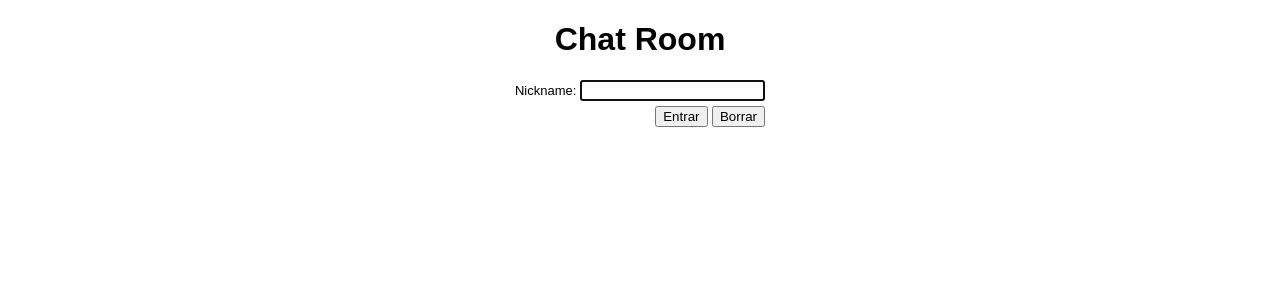
Repository: amtBurgos/SIDI_P3
Page: Practica3ChatWebRecuperacion/src/main/webapp/index.html
These files come from the project's save history. The page is drawn as it stood at one moment and after the next save; the edit follows.
The browser window is 1280 px wide. The pictures show the whole page.

Above is the page before, as saved 2017-06-03 17:48:45.

### Practica3ChatWebRecuperacion/src/main/webapp/index.html
<!DOCTYPE html>
<html>
<head>
<title>Chat Room Inicio</title>
<meta http-equiv="Content-Type" content="text/html; charset=UTF-8">
<meta name="description"
	content="Sistemas Distribuidos - Practica 3 Segunda Convocatoria - 09/06/2017">
<meta name="author" content="Andrés Miguel Terán">
<meta name="author" content="Francisco Saiz Güemes">
<link rel="stylesheet" href="./vista/css/index.css">
<script type="text/javascript" src="./vista/js/inicio.js"></script>
</head>
<body>
	<h1>Chat Room</h1>
	<!-- Creamos un formulario que valida el nickname antes de mandarlo al servidor -->
	<div id="divLogin">
		<form action="./CheckUsuario" method="post" name="formularioInicio"
			onsubmit="return validarNickname()">
			<label>Nickname: </label> <input type="text" name="nickname"
				required="required" autofocus="autofocus"> <br>
			<div id="divBotonesLogin">
				<input type="submit" name="entrar" value="Entrar"> <input
					type="button" name="borrar" value="Borrar"
					onclick="limpiarNickname()">
			</div>
		</form>
	</div>
</body>
</html>

### Practica3ChatWebRecuperacion/src/main/webapp/vista/css/index.css
/*
Fichero CSS para la sala del chat.
*/
* {
	font-family: sans-serif;
}

html {
	display: table;
	margin: auto;
}

h1 {
	text-align: center;
}

label {
	font-size: small;
}

#divBotonesLogin{
	margin-top: 5px;
    text-align: right;
}

### Practica3ChatWebRecuperacion/src/main/webapp/vista/js/inicio.js
/**
 * Comprueba si el nombre es válido o no.
 *
 * @returns true/false si el nombre es válido o no.
 */
function validarNickname() {
	var retorno = false;
	if (document.forms["formularioInicio"]["nickname"].value.trim().length == 0) {
		alert("Rellena el nickname por favor");
		limpiarNickname();
	} else {
		retorno = true;
	}
	return retorno;
}

/**
 * Limpia el input del nickname y lo enfoca.
 */
function limpiarNickname() {
	document.forms["formularioInicio"]["nickname"].value = "";
	document.forms["formularioInicio"]["nickname"].focus();
}

After the next save:
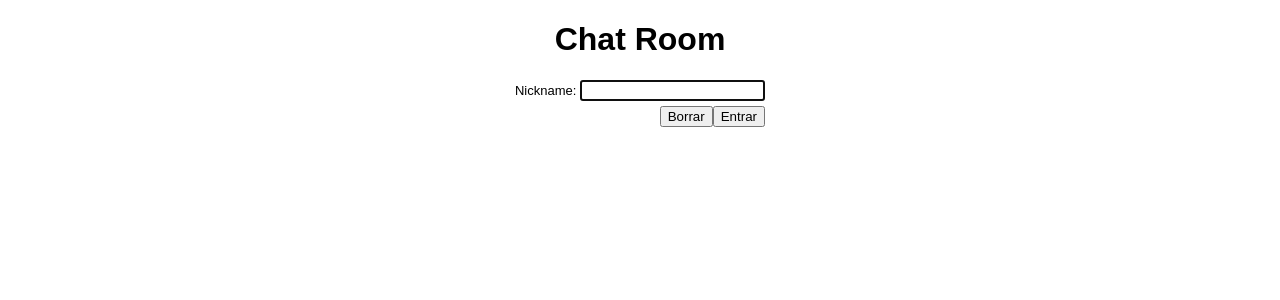
Saved 10 s later.
--- a/Practica3ChatWebRecuperacion/src/main/webapp/index.html
+++ b/Practica3ChatWebRecuperacion/src/main/webapp/index.html
@@ -19,9 +19,9 @@
 			<label>Nickname: </label> <input type="text" name="nickname"
 				required="required" autofocus="autofocus"> <br>
 			<div id="divBotonesLogin">
-				<input type="submit" name="entrar" value="Entrar"> <input
-					type="button" name="borrar" value="Borrar"
-					onclick="limpiarNickname()">
+				<input type="button" name="borrar" value="Borrar"
+					onclick="limpiarNickname()"><input type="submit"
+					name="entrar" value="Entrar">
 			</div>
 		</form>
 	</div>
